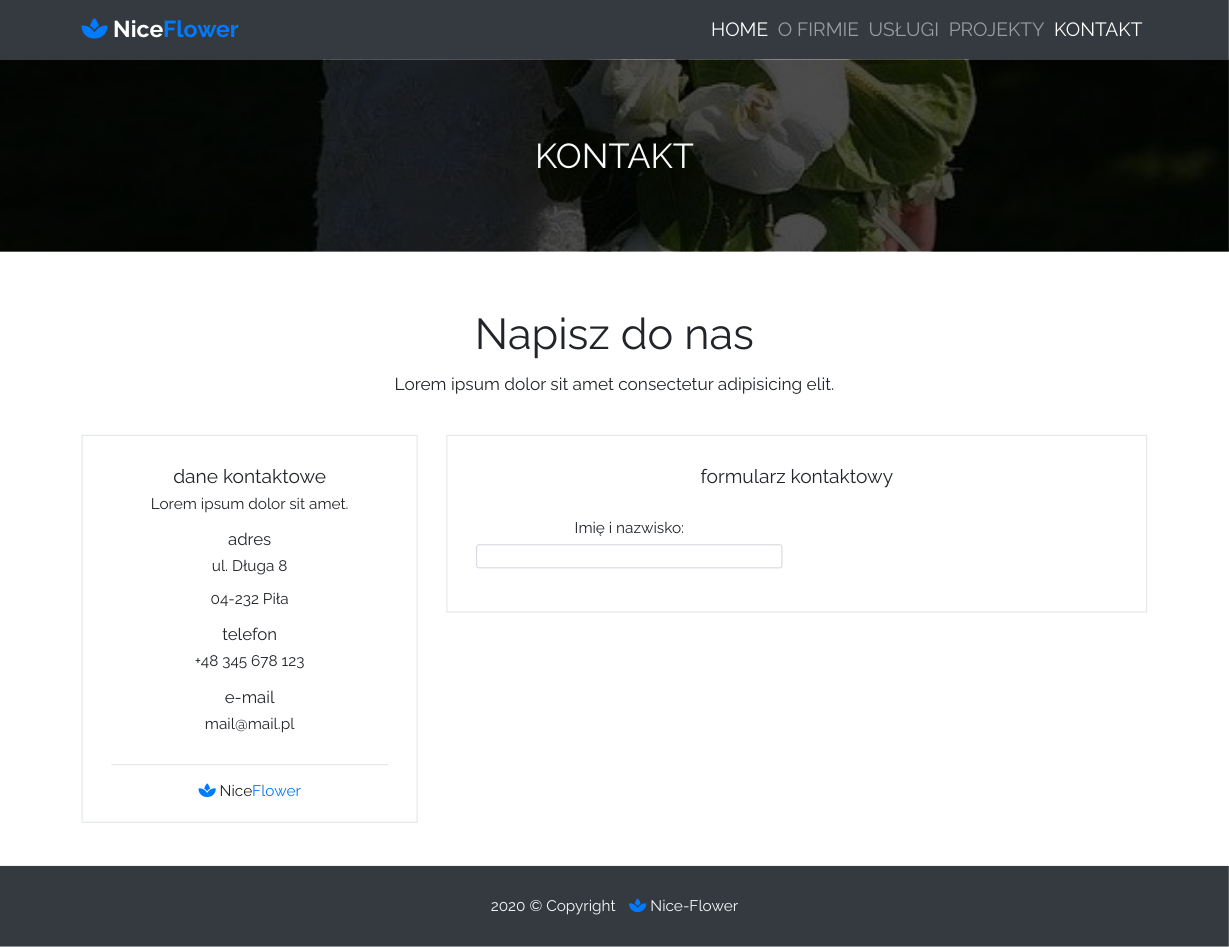
Repository: KrzysKolo/Projekt-13_Kwiaciarnia
Page: contact.html
An editor plug-in stored every save of this project. The page is shown before and after the next save, followed by the edit.
The browser window is 1280 px wide. The pictures show the whole page, at 96% of full size.
Some web libraries are served in a nearby version.

Above is the page before, as saved 2020-08-11 13:31:00.

### contact.html
<!DOCTYPE html>
<html lang="pl">
  <head>
    <meta charset="UTF-8" />
    <meta name="viewport" content="width=device-width, initial-scale=1.0" />
    <title>Nice-Flower</title>
    <script
      src="https://kit.fontawesome.com/21efeaf281.js"
      crossorigin="anonymous"
    ></script>

    <link
      rel="stylesheet"
      href="https://stackpath.bootstrapcdn.com/bootstrap/4.5.0/css/bootstrap.min.css"
      integrity="sha384-9aIt2nRpC12Uk9gS9baDl411NQApFmC26EwAOH8WgZl5MYYxFfc+NcPb1dKGj7Sk"
      crossorigin="anonymous"
    />
    <link
      href="https://fonts.googleapis.com/css2?family=Raleway:wght@400;700&display=swap"
      rel="stylesheet"
    />
    <link rel="stylesheet" href="style.css" />
  </head>
  <body>
    <nav class="navbar navbar-expand-lg navbar-dark bg-dark py-3">
      <div class="container">
        <a class="navbar-brand" href="index.html"
          ><i class="fas fa-spa text-primary"></i> Nice<span
            class="text-primary"
            >Flower</span
          ></a
        >
        <button
          class="navbar-toggler border-0"
          type="button"
          data-toggle="collapse"
          data-target="#navbarNavAltMarkup"
          aria-controls="navbarNavAltMarkup"
          aria-expanded="false"
          aria-label="Toggle navigation"
        >
          <i class="fas fa-bars px-4"></i>
        </button>
        <div class="collapse navbar-collapse" id="navbarNavAltMarkup">
          <div class="navbar-nav ml-auto">
            <a class="nav-link active" href="index.html">Home </a>
            <a class="nav-link" href="abouteus.html">O firmie</a>
            <a class="nav-link" href="services.html"> Usługi</a>
            <a class="nav-link" href="projects.html">Projekty</a>
            <a class="nav-link active" href="#"
              ><span class="sr-only">(current)</span>Kontakt</a
            >
          </div>
        </div>
      </div>
    </nav>

    <!-- MAIN -->
    <main>
      <section class="top-hero contact-hero">
        <div class="hero-shadow"></div>
        <p class="top-hero-text text-light">Kontakt</p>
      </section>
      <section class="contact py-5">
        <div class="container">
          <div class="text-center py-5">
            <p class="display-3">Napisz do nas</p>
            <p class="additional-text">
              Lorem ipsum dolor sit amet consectetur adipisicing elit.
            </p>
          </div>

          <div class="row">
            <div class="col-md-5 col-lg-4">
              <div class="border p-5 mb-4 text-center">
                <h2>dane kontaktowe</h2>
                <p>Lorem ipsum dolor sit amet.</p>
                <h3 class="mt-4">adres</h3>
                <p>ul. Długa 8</p>
                <p>04-232 Piła</p>
                <h3 class="mt-4">telefon</h3>
                <p>+48 345 678 123</p>
                <h3 class="mt-4">e-mail</h3>
                <p>mail@mail.pl</p>
                <div class="contact-logo mt-5 pt-4 mb-n3 border-top">
                  <i class="fas fa-spa text-primary"></i> Nice<span
                    class="text-primary"
                    >Flower</span
                  >
                </div>
              </div>
            </div>
            <div class="col-md-7 col-lg-8">
              <div class="border p-5 text-center">
                <h2>formularz kontaktowy</h2>
                <form class="mt-5">
                  <div class="row">
                    <div class="col-md-6">
                      <div class="form-group mb-4">
                        <label>Imię i nazwisko: </label>
                        <input type="text" class="form-control" />
                      </div>
                    </div>
                  </div>
                </form>
              </div>
            </div>
          </div>
        </div>
      </section>
    </main>
    <footer class="bg-dark text-light">
      <p class="py-5 px-3 mb-0 text-center">
        2020 &copy; Copyright
        <i class="ml-3 fas fa-spa text-primary"></i> Nice-Flower
      </p>
    </footer>
    <script
      src="https://code.jquery.com/jquery-3.5.1.slim.min.js"
      integrity="sha384-DfXdz2htPH0lsSSs5nCTpuj/zy4C+OGpamoFVy38MVBnE+IbbVYUew+OrCXaRkfj"
      crossorigin="anonymous"
    ></script>
    <script
      src="https://cdn.jsdelivr.net/npm/popper.js@1.16.0/dist/umd/popper.min.js"
      integrity="sha384-Q6E9RHvbIyZFJoft+2mJbHaEWldlvI9IOYy5n3zV9zzTtmI3UksdQRVvoxMfooAo"
      crossorigin="anonymous"
    ></script>
    <script
      src="https://stackpath.bootstrapcdn.com/bootstrap/4.5.0/js/bootstrap.min.js"
      integrity="sha384-OgVRvuATP1z7JjHLkuOU7Xw704+h835Lr+6QL9UvYjZE3Ipu6Tp75j7Bh/kR0JKI"
      crossorigin="anonymous"
    ></script>
  </body>
</html>

### style.css
* {
  box-sizing: border-box;
  margin: 0;
  padding: 0;
}
html {
  font-size: 62.5%;
}
body {
  font-family: "Raleway", sans-serif;
  font-size: 1.6rem;
}
.hero-shadow {
  position: absolute;
  top: 0;
  width: 100%;
  height: 100%;
  background-color: rgba(0, 0, 0, 0.7);
  z-index: -1;
}
.additional-text {
  font-size: 1.8rem;
}
.top-hero {
  position: relative;
  height: 20rem;
  background-size: cover;
  z-index: 0;
}
.top-hero-text {
  display: flex;
  justify-content: center;
  align-items: center;
  height: 100%;
  font-size: 3.6rem;
  text-transform: uppercase;
}
/* ----------- */
/*  nawigacja  */
/* ----------- */
nav {
  font-size: 2rem;
  text-transform: uppercase;
}
.navbar-toggler {
  font-size: 3rem;
}
.navbar-brand {
  font-size: 2.4rem;
  font-weight: bold;
  text-transform: none;
}
/* ----------- */
/*    header   */
/* ----------- */
header {
  font-size: 2rem;
}
.carousel-item {
  position: relative;
  height: 400px;
  background-position: center;
  background-size: cover;
  z-index: 0;
}
.carousel-img-one {
  background-image: url("./img/b1m.jpg");
}
.carousel-img-two {
  background-image: url("./img/b2m.jpg");
}
.carousel-img-three {
  background-image: url("./img/b4m.jpg");
}
/* ----------- */
/*     main    */
/* ----------- */
.home-boxes {
  padding: 5rem 0;
}
.home-box i {
  font-size: 4rem;
}
.home-box h3 {
  font-size: 2.6rem;
}
/* ----------- */
.home-passion {
  position: relative;
  height: 350px;
  background-image: url("./img/b8m.jpg");
  background-position: center;
  background-size: cover;
  z-index: 0;
}
/* ----------- */
.home-brand h3 {
  font-size: 3rem;
  font-weight: bold;
}
/* ----------- */
/*   aboutus   */
/* ----------- */
.aboutus-hero {
  background-image: url("./img/obrazek1.jpg");
  background-position: bottom;
}
/* ----------- */
.aboutus-top .display-3 {
  text-transform: uppercase;
}
/* ----------- */
.aboutus-info {
  background-color: rgba(0, 0, 0, 0.3);
}
.aboutus-info .container {
  padding: 2em 0.5em;
}
.aboutus-text {
  padding: 1.8rem;
}
.aboutus-text h3 {
  margin-bottom: 0.5em;
  font-size: 2.6rem;
  text-transform: uppercase;
  font-weight: bold;
  text-decoration: underline #007bff;
}
.abouts-text-right {
  text-align: right;
}
.aboutus-img {
  height: 300px;
  background-image: url("./img/b5m.jpg");
  background-position: center;
  background-size: cover;
}
/* ----------- */
.aboutus-bottom i {
  font-size: 3rem;
}
.aboutus-bottom h3 {
  font-size: 2.2rem;
  font-weight: bold;
}
/* ----------- */
/*    usługi   */
/* ----------- */
.service-hero {
  background-image: url("./img/pm.jpg");
  background-position: 0 50%;
}
/* ----------- */
.service-hero-box {
  position: relative;
  height: 300px;
  background-size: cover;
  z-index: 0;
}
.service-hero-box p {
  display: flex;
  justify-content: center;
  align-items: center;
  font-size: 3rem;
  text-transform: uppercase;
}
.service-pricing .box-one {
  background-image: url("./img/b2m.jpg");
}
.service-pricing .box-two {
  background-image: url("./img/bsm.jpg");
}
.service-pricing .box-three {
  background-image: url("./img/wm.jpg");
}
.service-pricing .box-four {
  background-image: url("./img/rdm.jpg");
}
.service-pricing .card-header {
  font-size: 2rem;
  cursor: pointer;
}
.service-pricing h3 {
  font-weight: bold;
}
.service-pricing .btn {
  font-size: 1.6rem;
  text-transform: uppercase;
}
/* ----------- */
/*   projekty  */
/* ----------- */
.projects-hero {
  background-image: url("./img/b3m.jpg");
  background-position: center;
}
.projects img {
  height: 240px;
  object-fit: cover;
}
.projects .btn {
  font-size: 1.4rem;
  text-transform: uppercase;
}
/* ----------- */
/*    kontakt  */
/* ----------- */
.contact-hero {
  background-image: url("./img/obrazek2.jpg");
  background-position: center;
}
/* ----------- */
/*    footer   */
/* ----------- */
footer {
  font-size: 1.6rem;
}
@media (min-width: 992px) {
  .aboutus-info .container {
    padding: 0;
  }
  .aboutus-shadow {
    box-shadow: inset 0 5px 10px -5px rgba(0, 0, 0, 0.4);
  }
  .aboutus-text {
    padding: 5em 0;
    transform: skew(-15deg);
  }
  .abouts-text-left {
    padding-right: 2em;
    text-align: right;
  }
  .abouts-text-right {
    padding-left: 2em;
    text-align: left;
  }
  .aboutus-img {
    height: auto;
    transform: skew(-15deg);
  }
}
@media (min-width: 1400px) {
  .carousel-item {
    height: 600px;
  }
  .carousel-img-one {
    background-image: url("./img/b1.jpg");
  }
  .carousel-img-two {
    background-image: url("./img/b2.jpg");
  }
  .carousel-img-three {
    background-image: url("./img/b4.jpg");
  }
}

After the next save:
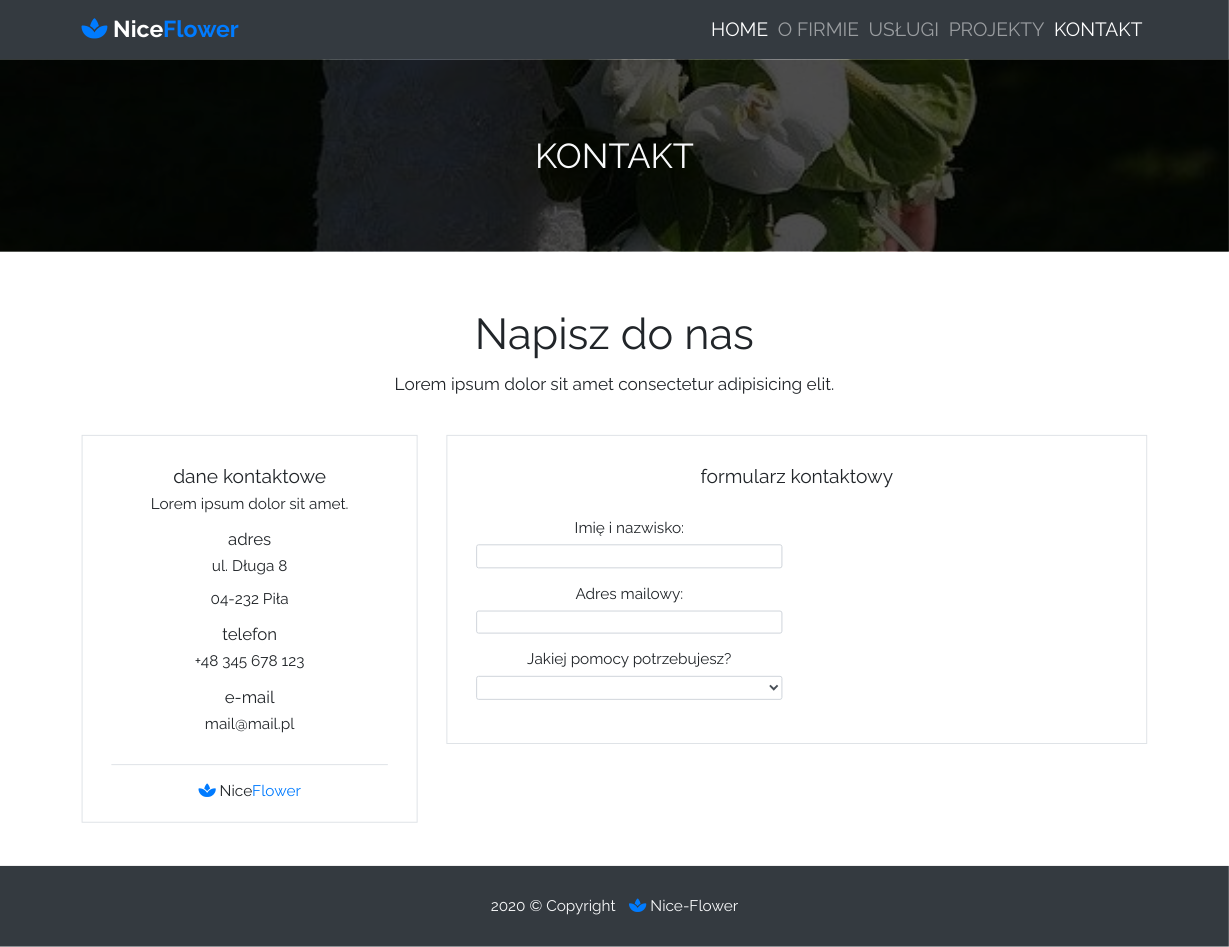
Saved 5 min 54 s later.
--- a/contact.html
+++ b/contact.html
@@ -100,6 +100,23 @@
                         <label>Imię i nazwisko: </label>
                         <input type="text" class="form-control" />
                       </div>
+
+                      <div class="form-group mb-4">
+                        <label>Adres mailowy: </label>
+                        <input type="text" class="form-control" />
+                      </div>
+
+                      <div class="form-group mb-4">
+                        <label>Jakiej pomocy potrzebujesz? </label>
+                        <select class="form-control">
+                          <option selected></option>
+                          <option>Bukiet okolicznościowy</option>
+                          <option>Bukiet ślubny</option>
+                          <option>Wystrój wnętrza</option>
+                          <option>Kwiaty doniczkowe</option>
+                          <option>Wieńce</option>
+                        </select>
+                      </div>
                     </div>
                   </div>
                 </form>
